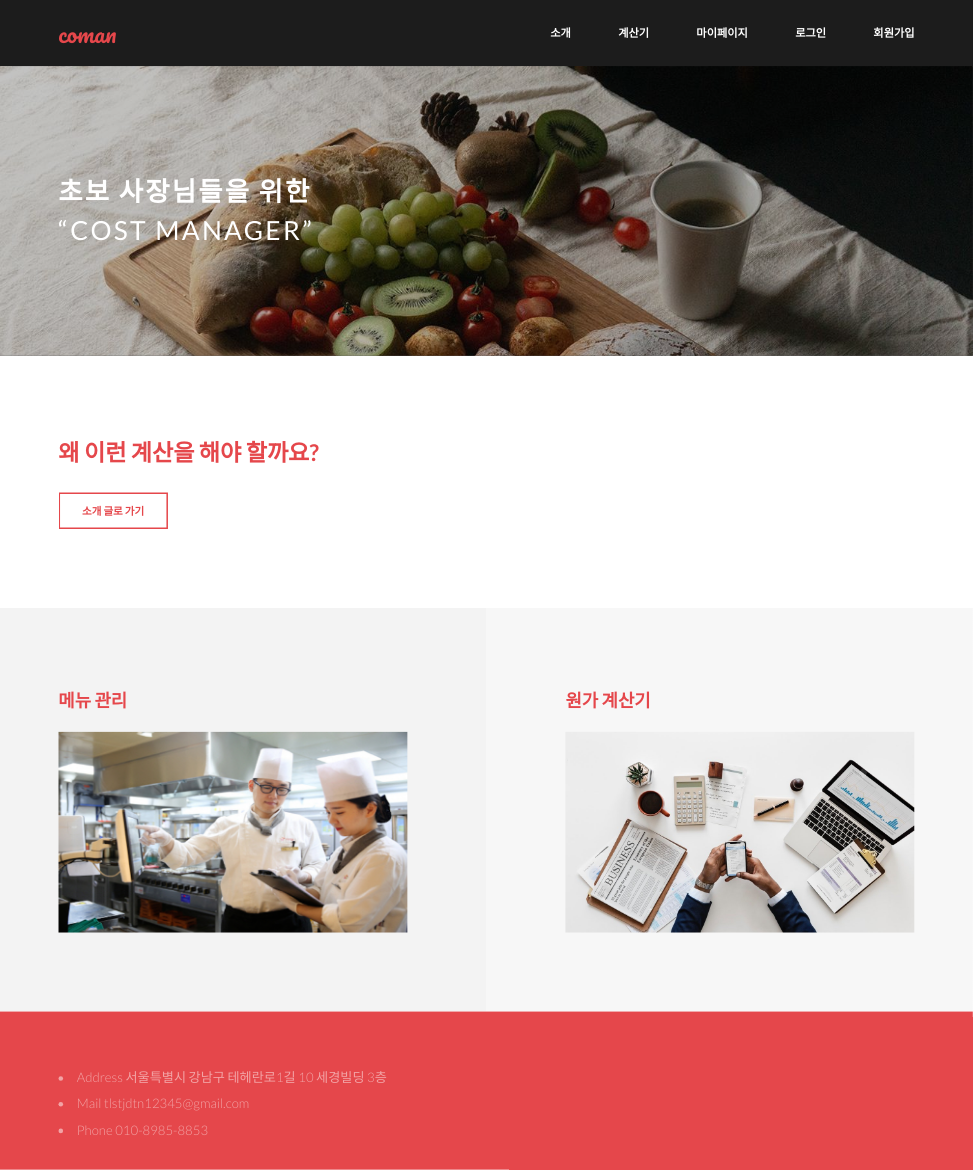
Repository: sseongsu/web1
Page: http://localhost/Project/
The author's editor kept a copy of each file at every save. The page is drawn from the files as they stood at one save, then again after the next save.
The browser window is 1280 px wide. The pictures show the whole page, at 76% of full size.
The page is served by Tomcat 9.

Above is the page before, as saved 2021-03-12 05:45:20.

After the next save:
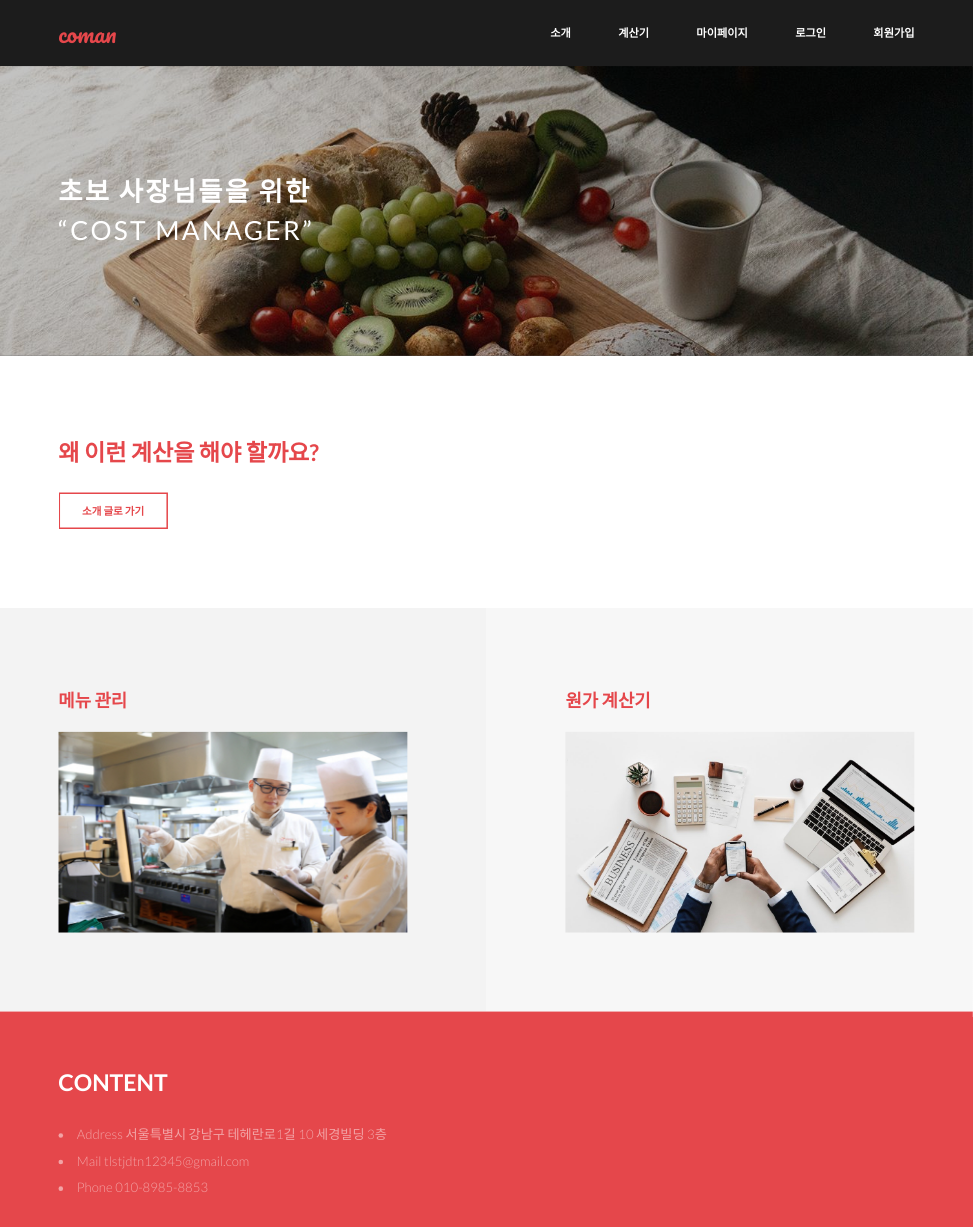
Saved 21 s later.
--- a/Project/src/main/webapp/index.jsp
+++ b/Project/src/main/webapp/index.jsp
@@ -122,9 +122,14 @@
 		<!-- Footer -->
 			<section id="footer">
 				<div class="inner">
-					<li class="first"><span class="address">Address</span> <span class="address-01">서울특별시 강남구 테헤란로1길 10 세경빌딩 3층</span> </li>
-					<li> <span class="mail">Mail</span> <span class="mail-01">tlstjdtn12345@gmail.com</span> </li>
-					<li> <span class="phone">Phone</span> <span class="phone-01">010-8985-8853</span> </li>
+					<header>
+						<h2>Content</h2>
+					</header>
+						<li class="first"><span class="address">Address</span> <span class="address-01">서울특별시 강남구 테헤란로1길 10 세경빌딩 3층</span> </li>
+						<li> <span class="mail">Mail</span> <span class="mail-01">tlstjdtn12345@gmail.com</span> </li>
+						<li> <span class="phone">Phone</span> <span class="phone-01">010-8985-8853</span> </li>
+
+
 					<!-- <form method="post" action="#">
 						<div class="field half first">
 							<label for="name">Name</label>
